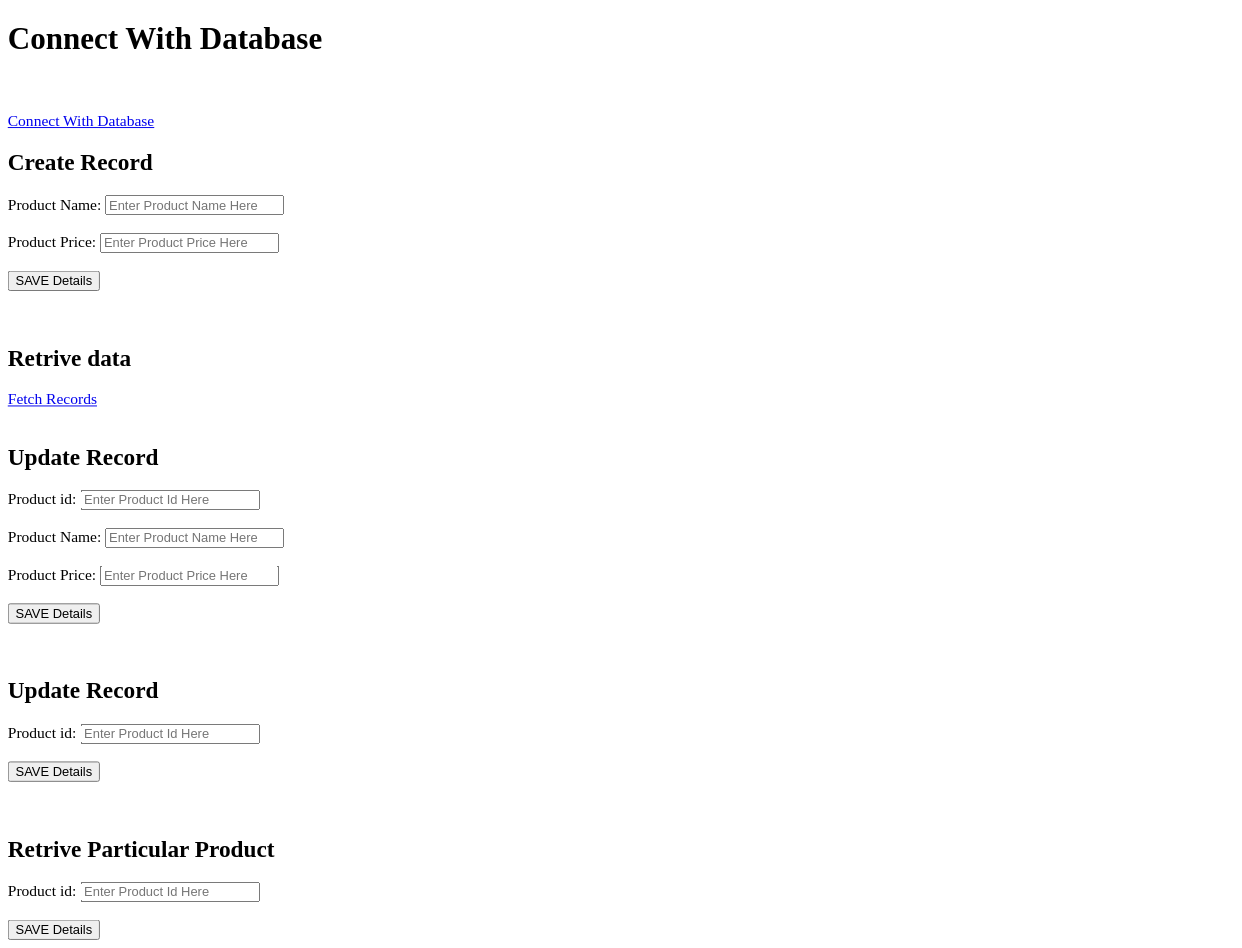
Repository: nspandey/Phase-2
Page: CRUDOperationsJDBC/src/main/webapp/index.html
An editor plug-in stored every save of this project. The page is shown before and after the next save, followed by the edit.
The browser window is 1280 px wide. The pictures show the whole page, at 97% of full size.

Above is the page before, as saved 2023-02-06 16:41:38.

After the next save:
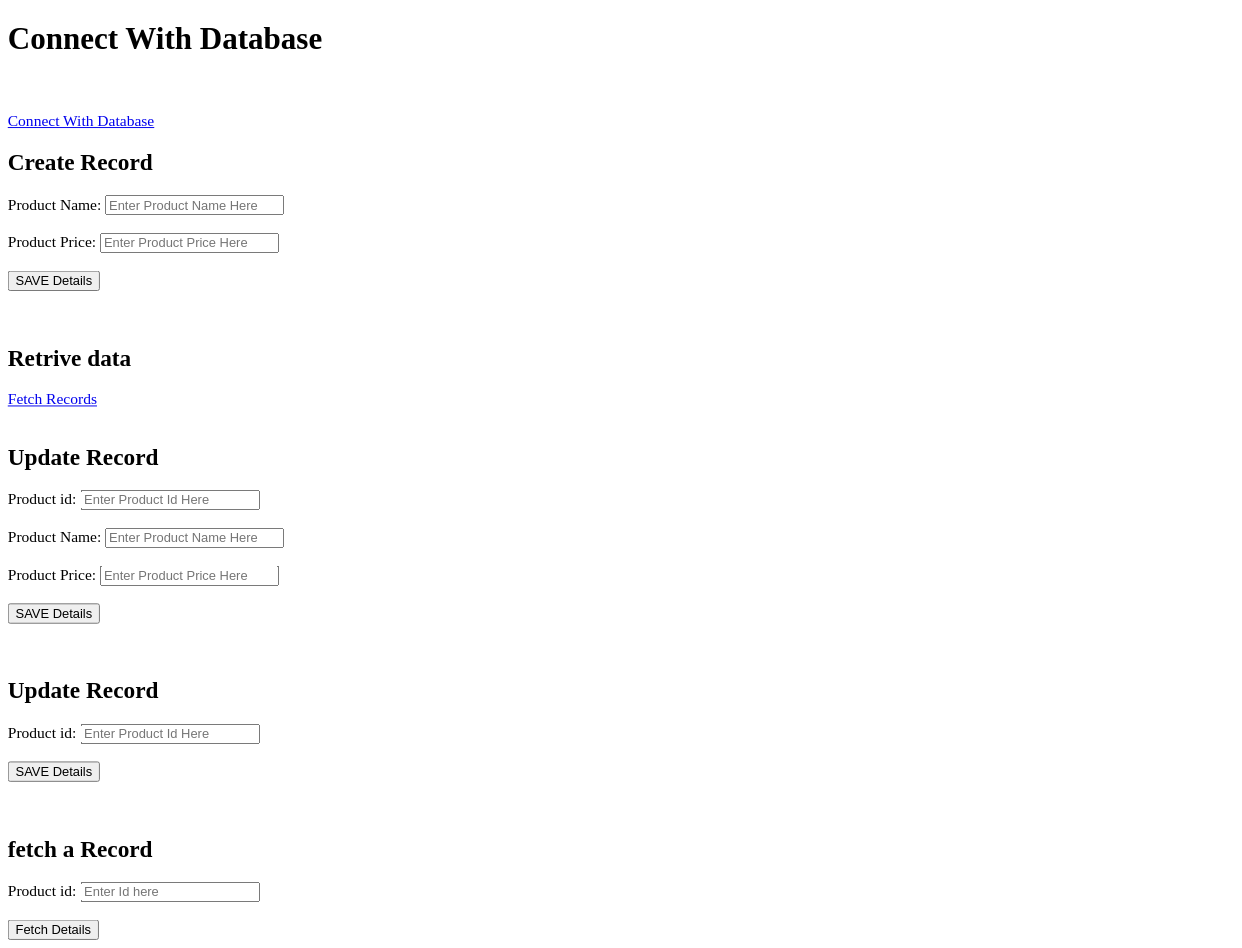
Saved 12 h 46 min later.
--- a/CRUDOperationsJDBC/src/main/webapp/index.html
+++ b/CRUDOperationsJDBC/src/main/webapp/index.html
@@ -64,15 +64,11 @@ Product id: <input type="text" name="pid" placeholder="Enter Product Id Here"><b
 
 <br><br>
 
-<h2>Retrive Particular Product</h2>
+<h2>fetch a Record</h2>
 
-<form action="retrive" method="post">
-
-Product id: <input type="text" name="pid" placeholder="Enter Product Id Here"><br><br>
-
-
-
-<input type="submit" value="SAVE Details">
+<form action="fetchaRecord" method="post">
+Product id: <input type="text" name="hid" placeholder="Enter Id here"><br><br>
+<input type="submit" value="Fetch Details">
 </form>
 
 </body>
